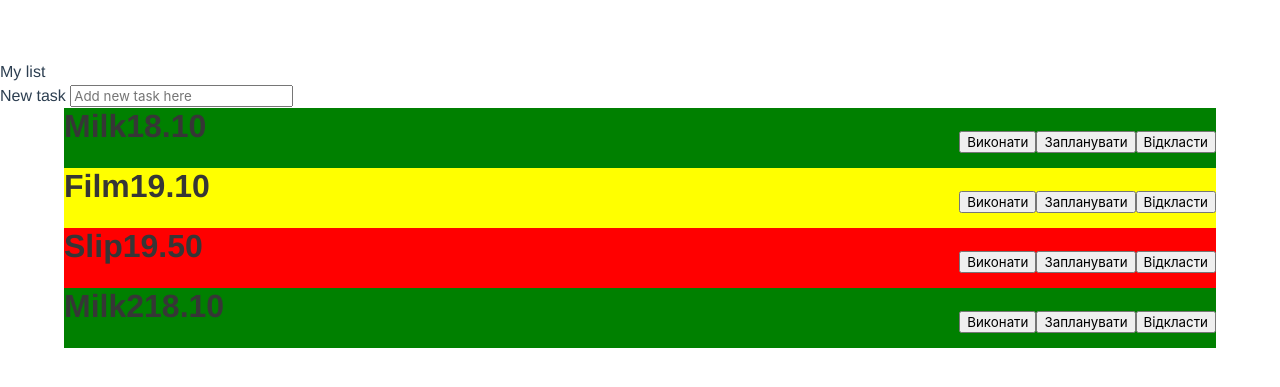
Repository: Olegche/sushi
Page: /
These files come from the project's save history. The page is drawn as it stood at one moment and after the next save; the edit follows.
The browser window is 1280 px wide. The pictures show the whole page.
The project was rebuilt for these pictures with package versions that can differ from the ones it lists, and the page was loaded fresh each time.

Above is the page before, as saved 2020-10-12 18:28:35.

### public/index.html
<!DOCTYPE html>
<html lang="en">
  <head>
    <meta charset="utf-8">
    <meta http-equiv="X-UA-Compatible" content="IE=edge">
    <meta name="viewport" content="width=device-width,initial-scale=1.0">
    <link rel="icon" href="<%= BASE_URL %>favicon.ico">
    <title>sushi</title>
  </head>
  <body>
    <noscript>
      <strong>We're sorry but <%= htmlWebpackPlugin.options.title %> doesn't work properly without JavaScript enabled. Please enable it to continue.</strong>
    </noscript>
    <div id="app"></div>
    <!-- built files will be auto injected -->
  </body>
</html>

### src/main.js
import Vue from 'vue'
import App from './App.vue'
import Buefy from 'buefy'
import 'buefy/dist/buefy.css'


Vue.use(Buefy)


Vue.config.productionTip = false



new Vue({
  render: h => h(App),
}).$mount('#app')

### src/App.vue
<template>
  <div id="app">
    <todo-list
    title="My list"
    :tasksList="myList"/>
  </div>
</template>

<script>
import TodoList from "./components/TodoList";
export default {
  name: 'App',
  components: {
    TodoList
  },

  data() {
    return {
      myList: [
        {
          id:1,
          task:"Milk",
          time:'18.10',
          status:"NEW"
        },
        {
          id:2,
          task:"Film",
          time:'19.10',
          status:"IN-PROGRES"
        },
        {
          id:3,
          task:"Slip",
          time:'19.50',
          status:"POSTPONED"
        },
        {
          id:4,
          task:"Milk2",
          time:'18.10',
          status:"NEW"
        },
      ]
    }
  },
}
</script>

<style>
#app {
  font-family: Avenir, Helvetica, Arial, sans-serif;
  -webkit-font-smoothing: antialiased;
  -moz-osx-font-smoothing: grayscale;
  /* text-align: center; */
  color: #2c3e50;
  margin-top: 60px;
}
</style>

### src/components/TodoList/index.vue
<template>
    <div>

        <div>
            {{title}}

        </div>
        <div>
            <label>
                New task
                <input type="text" v-model="newTask" placeholder="Add new task here">
           </label>
        </div>
        <div>
            <todo-item v-for="taskItem in tasksList" :key="taskItem.id"
                :id="taskItem.id"
                :task="taskItem.task"
                :time="taskItem.time"
                :status='taskItem.status'
             @my-postponed="onPostponed(taskItem.id)"
             @plan="onPlan($event)"
             @done="onDone(taskItem.id)"
             />
        </div>
    </div>
</template>

<script>
import data from './settings'
import TodoItem from "./TodoItem";
    export default {
        name:"TodoList",

        components: {
            TodoItem,
        },

        props: {
            tasksList: {
                type: Array,
                default: ()=>[]
            },
            title:{
                type:String,
                default:'no title'
            },

        },

        data() {
            return {
                data,
                newTask:null
            }
        },

        methods: {
            onPlan(id){
                const task=this.tasksList.find(item=>item.id===id)
                task.status='IN-PROGRES'
            },
            onPostponed(id) {
                const task=this.tasksList.find(item=>item.id===id)
                task.status='POSTPONED'
            },
            onDone(id){
                const task=this.tasksList.find(item=>item.id===id)
                task.status='DONE'
            }
        },
    }
</script>

<style lang="css" scoped>
.img-container{
    width: 100vw;
    height: 100px;
/* display: flex; */
}
.img-1{
    width:100px;
    /* display: flex; */
    float: left;
}
.img-2{
    width:100px;
    /* display: flex; */

    float: right;
}
.img{
    width: 100px;
}
</style>

### src/components/TodoList/settings.js
export default [
  {
    img: "smile.jpg",
  },
];

### src/components/TodoList/TodoItem/index.vue
<template>
    <div :class="`container ${statusClass}`">
        <div class="title">
            <span>{{task}}</span>
            <span>{{time}}</span>
        </div>
        <div class="buttons">
            <button @click="$emit('done')">Виконати</button>
            <button @click="$emit('plan',id)">Запланувати</button>
            <button @click="$emit('my-postponed')">
                Відкласти
            </button>
        </div>
    </div>
</template>

<script>
    export default {
        name:"TodoItem",

        props: {
            id: {
                type: [String,Number],
                required:true,
            },
            task: {
                type: String,
                default:'',
            },
            time: {
                type: String,
                default:'',
            },
            status:{
                type: String,
                default:'',
            }
        },

        computed: {
            statusClass() {
                switch (this.status) {
                    case 'NEW': return 'new'

                    case 'IN-PROGRES': return 'in-progres'

                    case 'POSTPONED': return 'postponed'

                    case 'DONE': return 'done'

                    default:
                        return 'new'

                }
            }
        },
    }
</script>

<style lang="css" scoped>
.container{
    display: flex;
    justify-content: space-between;
}
.new{
    background-color: green;
}
.in-progres{
    background-color: yellow;
}
.postponed{
    background-color: red;
}
.done{
    background-color: blue;
}

/* .title{
    float: left;
}
.buttons{
    float:right;
} */
</style>

After the next save:
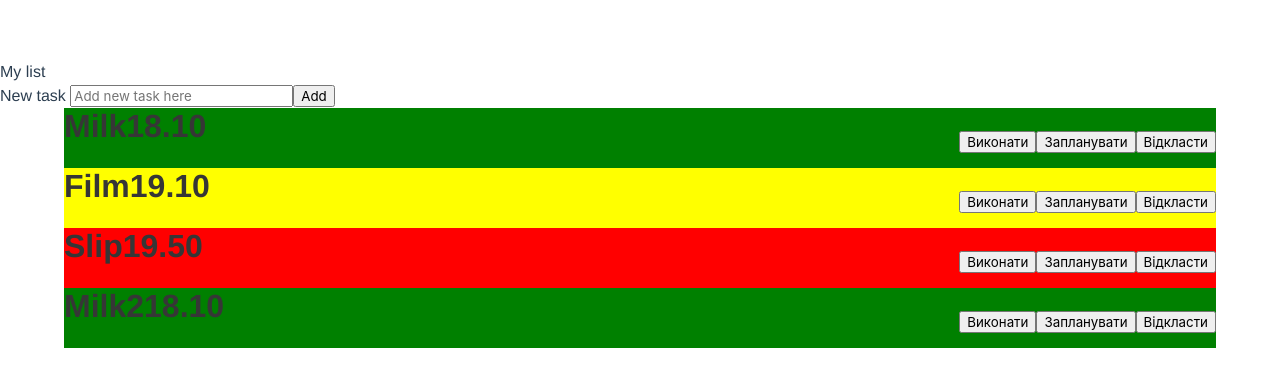
Saved 3 min 33 s later.
--- a/src/components/TodoList/index.vue
+++ b/src/components/TodoList/index.vue
@@ -9,6 +9,9 @@
             <label>
                 New task
                 <input type="text" v-model="newTask" placeholder="Add new task here">
+                <button @click="onAdd">
+                    Add
+                </button>
            </label>
         </div>
         <div>
@@ -66,6 +69,16 @@ import TodoItem from "./TodoItem";
             onDone(id){
                 const task=this.tasksList.find(item=>item.id===id)
                 task.status='DONE'
+            },
+            onAdd(){
+                this.tasksList.pop({
+
+                        id:2,
+                        task:"Film",
+                        time:'19.10',
+                    status:"IN-PROGRES"
+
+                })
             }
         },
     }
